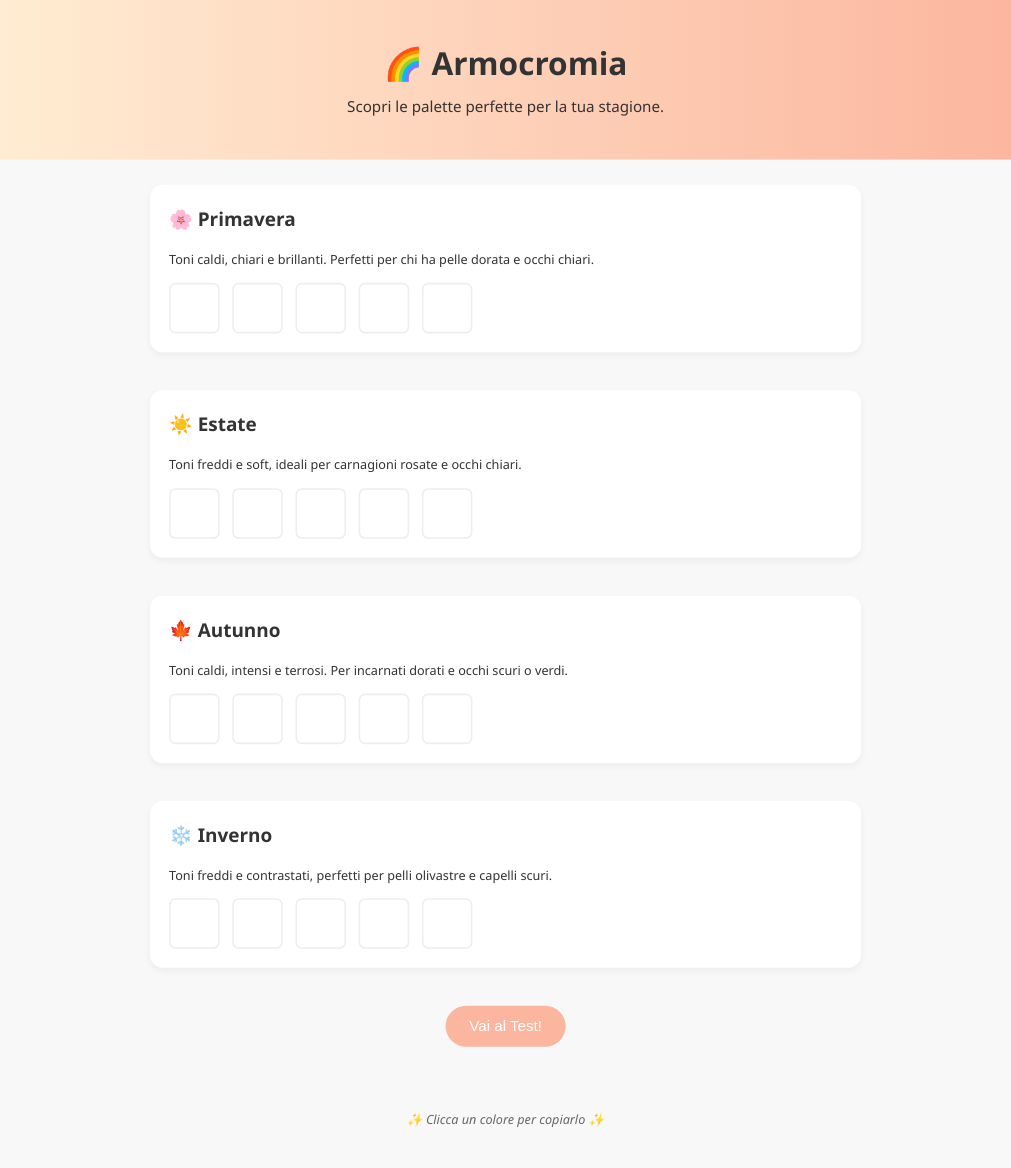
Repository: Probyte5D/Armocromia-website
Page: index.html
An editor plug-in stored every save of this project. The page is shown before and after the next save, followed by the edit.
The browser window is 1280 px wide. The pictures show the whole page, at 79% of full size.

Above is the page before, as saved 2025-04-17 20:10:37.
Console error: TypeError: Cannot read properties of null (reading 'addEventListener')

After the next save:
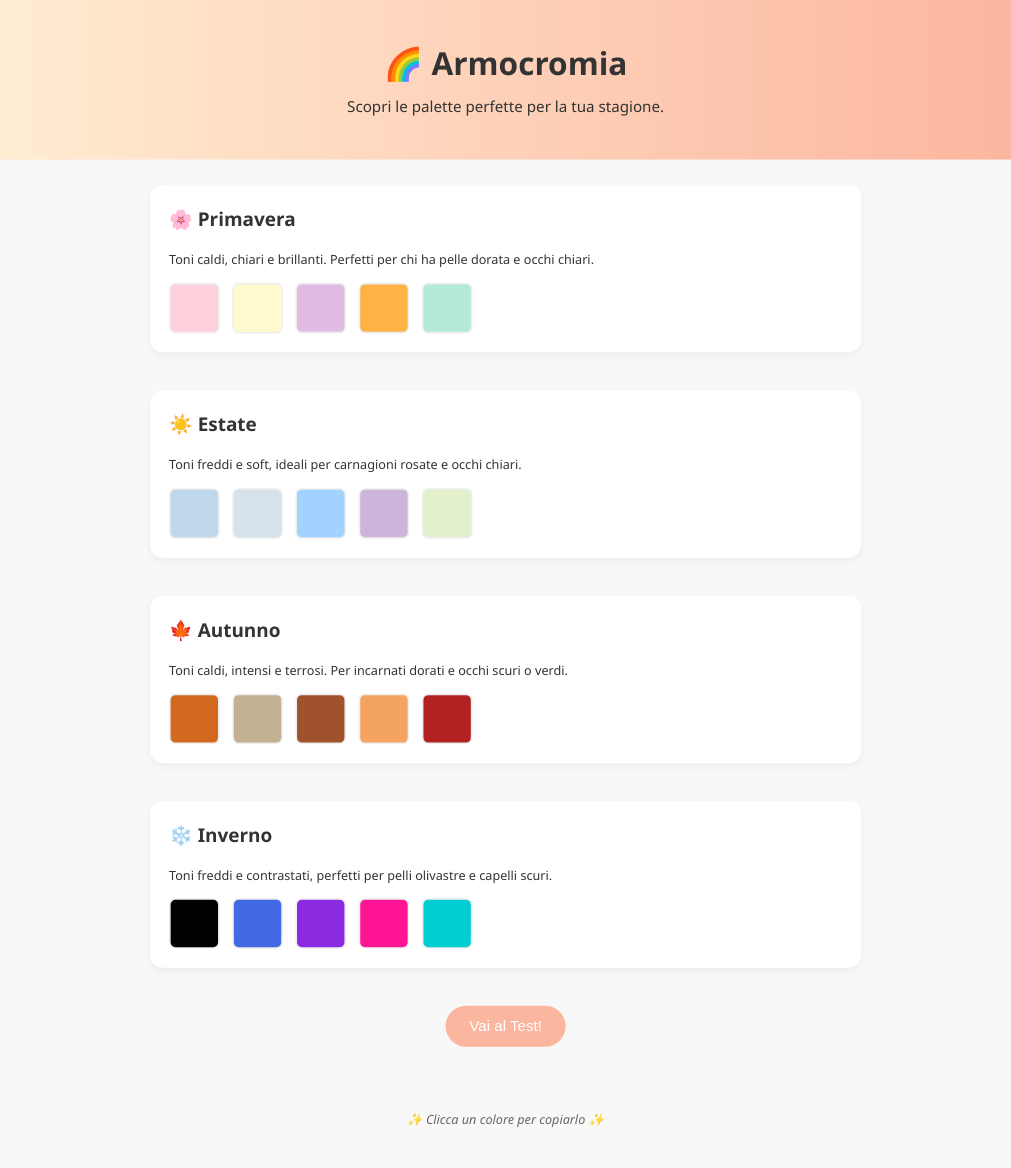
Saved 12 s later.
--- a/index.html
+++ b/index.html
@@ -17,11 +17,11 @@
       <h2>🌸 Primavera</h2>
       <p>Toni caldi, chiari e brillanti. Perfetti per chi ha pelle dorata e occhi chiari.</p>
       <div class="palette">
-        <div class="color" data-color="#FFD1DC"></div>
-        <div class="color" data-color="#FFFACD"></div>
-        <div class="color" data-color="#E0BBE4"></div>
-        <div class="color" data-color="#FFB347"></div>
-        <div class="color" data-color="#B5EAD7"></div>
+        <div class="color" style="background-color: #FFD1DC;"></div>
+        <div class="color" style="background-color: #FFFACD;"></div>
+        <div class="color" style="background-color: #E0BBE4;"></div>
+        <div class="color" style="background-color: #FFB347;"></div>
+        <div class="color" style="background-color: #B5EAD7;"></div>
       </div>
     </section>
 
@@ -29,11 +29,11 @@
       <h2>☀️ Estate</h2>
       <p>Toni freddi e soft, ideali per carnagioni rosate e occhi chiari.</p>
       <div class="palette">
-        <div class="color" data-color="#BFD7EA"></div>
-        <div class="color" data-color="#D6E2E9"></div>
-        <div class="color" data-color="#A2D2FF"></div>
-        <div class="color" data-color="#CDB4DB"></div>
-        <div class="color" data-color="#E2F0CB"></div>
+        <div class="color" style="background-color: #BFD7EA;"></div>
+        <div class="color" style="background-color: #D6E2E9;"></div>
+        <div class="color" style="background-color: #A2D2FF;"></div>
+        <div class="color" style="background-color: #CDB4DB;"></div>
+        <div class="color" style="background-color: #E2F0CB;"></div>
       </div>
     </section>
 
@@ -41,11 +41,11 @@
       <h2>🍁 Autunno</h2>
       <p>Toni caldi, intensi e terrosi. Per incarnati dorati e occhi scuri o verdi.</p>
       <div class="palette">
-        <div class="color" data-color="#D2691E"></div>
-        <div class="color" data-color="#C3B091"></div>
-        <div class="color" data-color="#A0522D"></div>
-        <div class="color" data-color="#F4A460"></div>
-        <div class="color" data-color="#B22222"></div>
+        <div class="color" style="background-color: #D2691E;"></div>
+        <div class="color" style="background-color: #C3B091;"></div>
+        <div class="color" style="background-color: #A0522D;"></div>
+        <div class="color" style="background-color: #F4A460;"></div>
+        <div class="color" style="background-color: #B22222;"></div>
       </div>
     </section>
 
@@ -53,11 +53,11 @@
       <h2>❄️ Inverno</h2>
       <p>Toni freddi e contrastati, perfetti per pelli olivastre e capelli scuri.</p>
       <div class="palette">
-        <div class="color" data-color="#000000"></div>
-        <div class="color" data-color="#4169E1"></div>
-        <div class="color" data-color="#8A2BE2"></div>
-        <div class="color" data-color="#FF1493"></div>
-        <div class="color" data-color="#00CED1"></div>
+        <div class="color" style="background-color: #000000;"></div>
+        <div class="color" style="background-color: #4169E1;"></div>
+        <div class="color" style="background-color: #8A2BE2;"></div>
+        <div class="color" style="background-color: #FF1493;"></div>
+        <div class="color" style="background-color: #00CED1;"></div>
       </div>
     </section>
 
